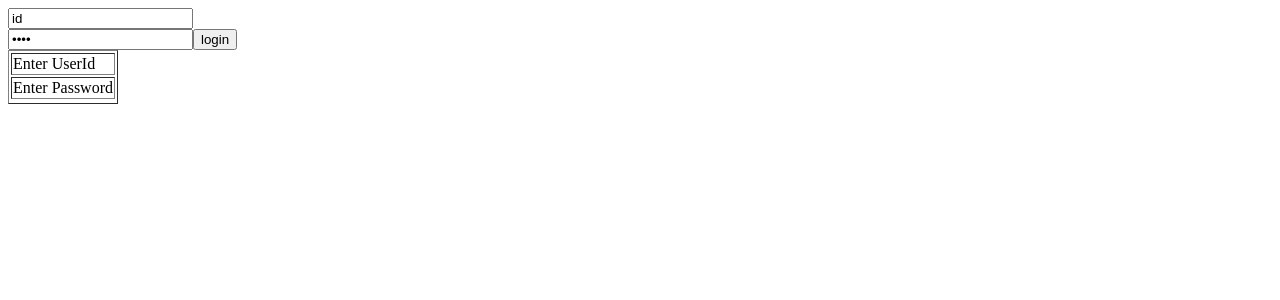
Repository: MethaniVanya/name
Page: cts46/Training/WebContent/Login.html
An editor plug-in stored every save of this project. The page is shown before and after the next save, followed by the edit.
The browser window is 1280 px wide. The pictures show the whole page.

Above is the page before, as saved 2020-03-03 04:31:04.

After the next save:
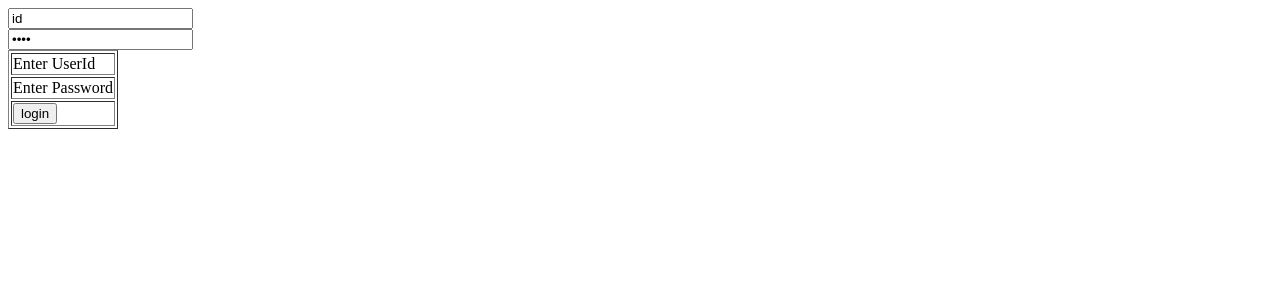
Saved 31 s later.
--- a/cts46/Training/WebContent/Login.html
+++ b/cts46/Training/WebContent/Login.html
@@ -10,7 +10,7 @@
 <table border="1">
 <tr><td> Enter UserId </td><input type="text" value="id" /> </tr><br>
 <tr><td> Enter Password </td><input type="password" value="pass" /> </tr>
-<tr> <input type="submit" value="login" /> </tr>
+<tr><td> <input type="submit" value="login" </td> </tr>
 </table>
 </form>
 
